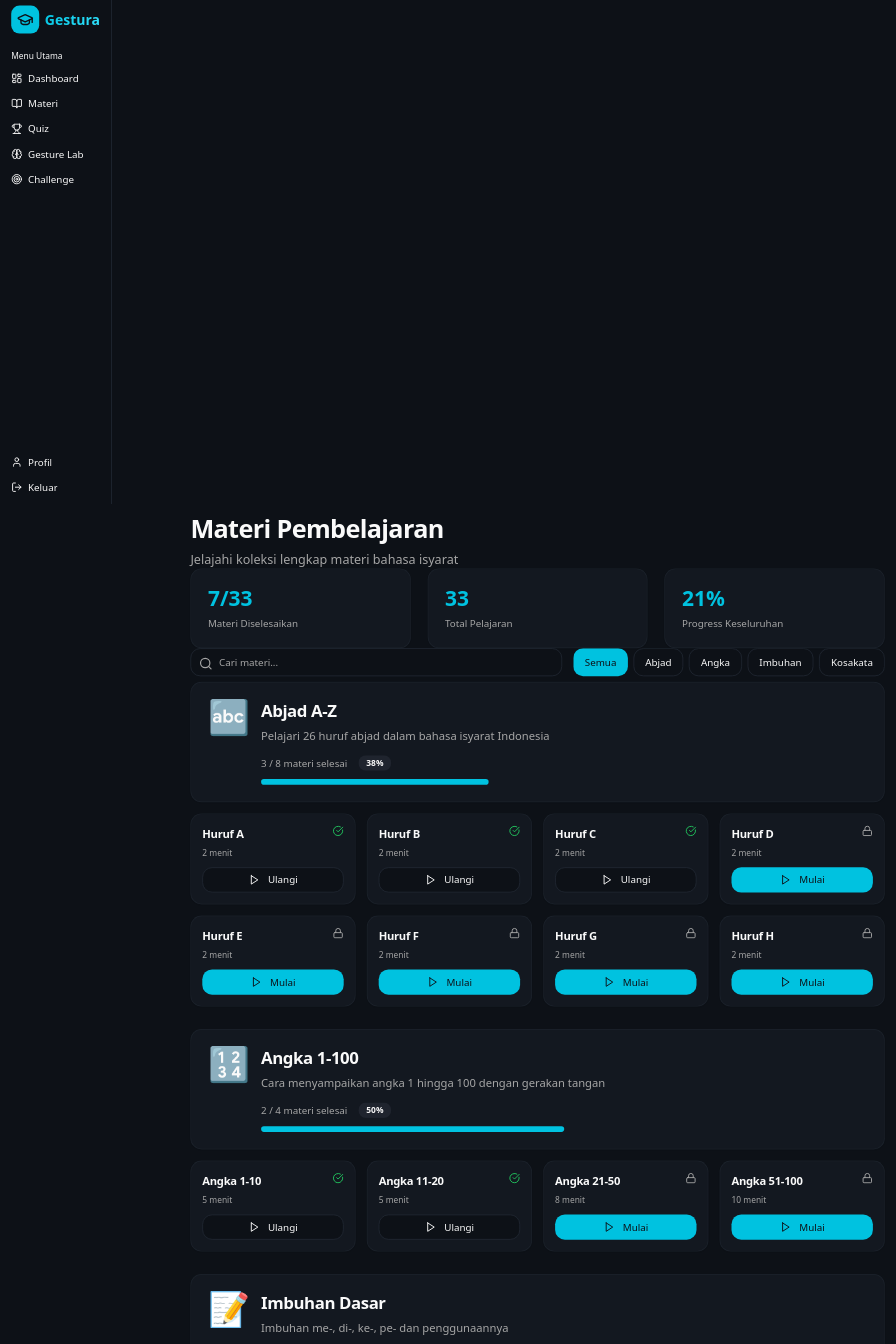
Repository: Tisna7/GESTURA
Page: http://localhost/materi
The author's editor kept a copy of each file at every save. The page is drawn from the files as they stood at one save, then again after the next save.
The browser window is 1280 px wide. The pictures show the part of the page from y = 0 to 1920 px (the page is 3904 px tall before and 3952 px after), at 70% of full size.
The page is served by the project's Laravel application, run on PHP 8.4 with Laravel 12. Other server files are loaded and not shown. Style sheets and scripts are compiled from the project's sources, by tool versions that may differ from the author's.

Above is the page before, as saved 2025-11-23 14:03:43.

### app/Providers/AppServiceProvider.php
<?php

namespace App\Providers;

use Illuminate\Support\ServiceProvider;

class AppServiceProvider extends ServiceProvider
{
    /**
     * Register any application services.
     */
    public function register(): void
    {

    }

    /**
     * Bootstrap any application services.
     */
    public function boot(): void
    {

    }
}

### routes/web.php
<?php

use Illuminate\Support\Facades\Route;
use App\Http\Controllers\AuthController;
use App\Http\Controllers\ProfileController;




Route::get('/', function () {
    return view('landingpage');
});

Route::get('/auth', [AuthController::class, 'showPage'])->name('auth.page');

// Route::post('/register', [AuthController::class, 'register'])->name('register');

// Route::post('/login', [AuthController::class, 'login'])->name('login');
// Route::post('/logout', [AuthController::class, 'logout'])->name('logout');


// REGISTER
Route::post('/register', [AuthController::class, 'register'])->name('auth.register');

// LOGIN
Route::post('/login', [AuthController::class, 'login'])->name('auth.login');

// LOGIN GUEST
Route::get('/login/guest', [AuthController::class, 'loginGuest'])->name('auth.guest');

// LOGOUT
Route::get('/logout', [AuthController::class, 'logout'])->name('auth.logout');




Route::middleware('auth')->group(function () {
    Route::get('/profile', [ProfileController::class, 'index'])->name('profile');
    Route::post('/profile/update', [ProfileController::class, 'updateProfile'])->name('profile.update');
});


Route::get('/materi', function () {
    return view('user.materi');
});
Route::get('/gesturelab', function () {
    return view('user.gesture-lab-practice');
});
Route::get('/gesture-lab-translate', function () {
    return view('user.gesture-lab-translate');
});
Route::get('/materi-isi', function () {
    return view('user.materi-isi');
});
Route::get('/latihan', function () {
    return view('user.quiz');
});
Route::get('/Challenge', function () {
    return view('user.challenge');
});
Route::get('/Challenge-isi', function () {
    return view('user.challenge-isi');
});

### resources/views/components/sidebar-user.blade.php
@php
    use Illuminate\Support\Facades\Auth;
@endphp


<div class="group peer hidden text-sidebar-foreground md:block" data-state="expanded" data-collapsible=""
    data-variant="sidebar" data-side="left">
    <div
        class="relative h-svh w-[--sidebar-width] bg-transparent transition-[width] duration-200 ease-linear group-data-[collapsible=offcanvas]:w-0 group-data-[side=right]:rotate-180 group-data-[collapsible=icon]:w-[--sidebar-width-icon]">
    </div>
    <div
        class="fixed inset-y-0 z-10 hidden h-svh w-[--sidebar-width] transition-[left,right,width] duration-200 ease-linear md:flex left-0 group-data-[collapsible=offcanvas]:left-[calc(var(--sidebar-width)*-1)] group-data-[collapsible=icon]:w-[--sidebar-width-icon] group-data-[side=left]:border-r group-data-[side=right]:border-l">
        <div data-sidebar="sidebar"
            class="flex h-full w-full flex-col bg-sidebar group-data-[variant=floating]:rounded-lg group-data-[variant=floating]:border group-data-[variant=floating]:border-sidebar-border group-data-[variant=floating]:shadow">
            <div data-sidebar="header" class="flex flex-col gap-2 p-2"><a class="flex items-center gap-2 px-2"
                    href="/dashboard">
                    <div class="h-10 w-10 rounded-xl bg-primary flex items-center justify-center"><svg
                            xmlns="http://www.w3.org/2000/svg" width="24" height="24" viewBox="0 0 24 24"
                            fill="none" stroke="currentColor" stroke-width="2" stroke-linecap="round"
                            stroke-linejoin="round"
                            class="lucide lucide-graduation-cap h-6 w-6 text-primary-foreground">
                            <path
                                d="M21.42 10.922a1 1 0 0 0-.019-1.838L12.83 5.18a2 2 0 0 0-1.66 0L2.6 9.08a1 1 0 0 0 0 1.832l8.57 3.908a2 2 0 0 0 1.66 0z">
                            </path>
                            <path d="M22 10v6"></path>
                            <path d="M6 12.5V16a6 3 0 0 0 12 0v-3.5"></path>
                        </svg></div><span class="text-xl font-bold text-gradient">Gestura</span>
                </a></div>
            <div data-sidebar="content"
                class="flex min-h-0 flex-1 flex-col gap-2 overflow-auto group-data-[collapsible=icon]:overflow-hidden">
                <div data-sidebar="group" class="relative flex w-full min-w-0 flex-col p-2">
                    <div data-sidebar="group-label"
                        class="flex h-8 shrink-0 items-center rounded-md px-2 text-xs font-medium text-sidebar-foreground/70 outline-none ring-sidebar-ring transition-[margin,opa] duration-200 ease-linear focus-visible:ring-2 [&amp;&gt;svg]:size-4 [&amp;&gt;svg]:shrink-0 group-data-[collapsible=icon]:-mt-8 group-data-[collapsible=icon]:opacity-0">
                        Menu Utama</div>
                    <div data-sidebar="group-content" class="w-full text-sm">
                        <ul data-sidebar="menu" class="flex w-full min-w-0 flex-col gap-1">
                            <li data-sidebar="menu-item" class="group/menu-item relative"><a data-sidebar="menu-button"
                                    data-size="default" data-active="false" aria-current="page"
                                    class="peer/menu-button flex w-full items-center gap-2 overflow-hidden rounded-md p-2 text-left outline-none ring-sidebar-ring transition-[width,height,padding] focus-visible:ring-2 active:bg-sidebar-accent active:text-sidebar-accent-foreground disabled:pointer-events-none disabled:opacity-50 group-has-[[data-sidebar=menu-action]]/menu-item:pr-8 aria-disabled:pointer-events-none aria-disabled:opacity-50 data-[active=true]:bg-sidebar-accent data-[active=true]:font-medium data-[active=true]:text-sidebar-accent-foreground data-[state=open]:hover:bg-sidebar-accent data-[state=open]:hover:text-sidebar-accent-foreground group-data-[collapsible=icon]:!size-8 group-data-[collapsible=icon]:!p-2 [&amp;&gt;span:last-child]:truncate [&amp;&gt;svg]:size-4 [&amp;&gt;svg]:shrink-0 hover:text-sidebar-accent-foreground h-8 text-sm hover:bg-sidebar-accent bg-sidebar-accent text-sidebar-primary font-medium"
                                    href="/dashboard"><svg xmlns="http://www.w3.org/2000/svg" width="24"
                                        height="24" viewBox="0 0 24 24" fill="none" stroke="currentColor"
                                        stroke-width="2" stroke-linecap="round" stroke-linejoin="round"
                                        class="lucide lucide-layout-dashboard h-4 w-4">
                                        <rect width="7" height="9" x="3" y="3" rx="1"></rect>
                                        <rect width="7" height="5" x="14" y="3" rx="1"></rect>
                                        <rect width="7" height="9" x="14" y="12" rx="1"></rect>
                                        <rect width="7" height="5" x="3" y="16" rx="1"></rect>
                                    </svg><span>Dashboard</span></a></li>
                            <li data-sidebar="menu-item" class="group/menu-item relative"><a data-sidebar="menu-button"
                                    data-size="default" data-active="false"
                                    class="peer/menu-button flex w-full items-center gap-2 overflow-hidden rounded-md p-2 text-left outline-none ring-sidebar-ring transition-[width,height,padding] focus-visible:ring-2 active:bg-sidebar-accent active:text-sidebar-accent-foreground disabled:pointer-events-none disabled:opacity-50 group-has-[[data-sidebar=menu-action]]/menu-item:pr-8 aria-disabled:pointer-events-none aria-disabled:opacity-50 data-[active=true]:bg-sidebar-accent data-[active=true]:font-medium data-[active=true]:text-sidebar-accent-foreground data-[state=open]:hover:bg-sidebar-accent data-[state=open]:hover:text-sidebar-accent-foreground group-data-[collapsible=icon]:!size-8 group-data-[collapsible=icon]:!p-2 [&amp;&gt;span:last-child]:truncate [&amp;&gt;svg]:size-4 [&amp;&gt;svg]:shrink-0 hover:text-sidebar-accent-foreground h-8 text-sm hover:bg-sidebar-accent"
                                    href="/materi"><svg xmlns="http://www.w3.org/2000/svg" width="24" height="24"
                                        viewBox="0 0 24 24" fill="none" stroke="currentColor" stroke-width="2"
                                        stroke-linecap="round" stroke-linejoin="round"
                                        class="lucide lucide-book-open h-4 w-4">
                                        <path d="M12 7v14"></path>
                                        <path
                                            d="M3 18a1 1 0 0 1-1-1V4a1 1 0 0 1 1-1h5a4 4 0 0 1 4 4 4 4 0 0 1 4-4h5a1 1 0 0 1 1 1v13a1 1 0 0 1-1 1h-6a3 3 0 0 0-3 3 3 3 0 0 0-3-3z">
                                        </path>
                                    </svg><span>Materi</span></a></li>
                            <li data-sidebar="menu-item" class="group/menu-item relative"><a data-sidebar="menu-button"
                                    data-size="default" data-active="false"
                                    class="peer/menu-button flex w-full items-center gap-2 overflow-hidden rounded-md p-2 text-left outline-none ring-sidebar-ring transition-[width,height,padding] focus-visible:ring-2 active:bg-sidebar-accent active:text-sidebar-accent-foreground disabled:pointer-events-none disabled:opacity-50 group-has-[[data-sidebar=menu-action]]/menu-item:pr-8 aria-disabled:pointer-events-none aria-disabled:opacity-50 data-[active=true]:bg-sidebar-accent data-[active=true]:font-medium data-[active=true]:text-sidebar-accent-foreground data-[state=open]:hover:bg-sidebar-accent data-[state=open]:hover:text-sidebar-accent-foreground group-data-[collapsible=icon]:!size-8 group-data-[collapsible=icon]:!p-2 [&amp;&gt;span:last-child]:truncate [&amp;&gt;svg]:size-4 [&amp;&gt;svg]:shrink-0 hover:text-sidebar-accent-foreground h-8 text-sm hover:bg-sidebar-accent"
                                    href="/quiz"><svg xmlns="http://www.w3.org/2000/svg" width="24" height="24"
                                        viewBox="0 0 24 24" fill="none" stroke="currentColor" stroke-width="2"
                                        stroke-linecap="round" stroke-linejoin="round"
                                        class="lucide lucide-trophy h-4 w-4">
                                        <path d="M6 9H4.5a2.5 2.5 0 0 1 0-5H6"></path>
                                        <path d="M18 9h1.5a2.5 2.5 0 0 0 0-5H18"></path>
                                        <path d="M4 22h16"></path>
                                        <path d="M10 14.66V17c0 .55-.47.98-.97 1.21C7.85 18.75 7 20.24 7 22"></path>
                                        <path d="M14 14.66V17c0 .55.47.98.97 1.21C16.15 18.75 17 20.24 17 22"></path>
                                        <path d="M18 2H6v7a6 6 0 0 0 12 0V2Z"></path>
                                    </svg><span>Quiz</span></a></li>
                            <li data-sidebar="menu-item" class="group/menu-item relative"><a
                                    data-sidebar="menu-button" data-size="default" data-active="false"
                                    class="peer/menu-button flex w-full items-center gap-2 overflow-hidden rounded-md p-2 text-left outline-none ring-sidebar-ring transition-[width,height,padding] focus-visible:ring-2 active:bg-sidebar-accent active:text-sidebar-accent-foreground disabled:pointer-events-none disabled:opacity-50 group-has-[[data-sidebar=menu-action]]/menu-item:pr-8 aria-disabled:pointer-events-none aria-disabled:opacity-50 data-[active=true]:bg-sidebar-accent data-[active=true]:font-medium data-[active=true]:text-sidebar-accent-foreground data-[state=open]:hover:bg-sidebar-accent data-[state=open]:hover:text-sidebar-accent-foreground group-data-[collapsible=icon]:!size-8 group-data-[collapsible=icon]:!p-2 [&amp;&gt;span:last-child]:truncate [&amp;&gt;svg]:size-4 [&amp;&gt;svg]:shrink-0 hover:text-sidebar-accent-foreground h-8 text-sm hover:bg-sidebar-accent"
                                    href="/gesture-lab"><svg xmlns="http://www.w3.org/2000/svg" width="24"
                                        height="24" viewBox="0 0 24 24" fill="none" stroke="currentColor"
                                        stroke-width="2" stroke-linecap="round" stroke-linejoin="round"
                                        class="lucide lucide-brain h-4 w-4">
                                        <path
                                            d="M12 5a3 3 0 1 0-5.997.125 4 4 0 0 0-2.526 5.77 4 4 0 0 0 .556 6.588A4 4 0 1 0 12 18Z">
                                        </path>
                                        <path
                                            d="M12 5a3 3 0 1 1 5.997.125 4 4 0 0 1 2.526 5.77 4 4 0 0 1-.556 6.588A4 4 0 1 1 12 18Z">
                                        </path>
                                        <path d="M15 13a4.5 4.5 0 0 1-3-4 4.5 4.5 0 0 1-3 4"></path>
                                        <path d="M17.599 6.5a3 3 0 0 0 .399-1.375"></path>
                                        <path d="M6.003 5.125A3 3 0 0 0 6.401 6.5"></path>
                                        <path d="M3.477 10.896a4 4 0 0 1 .585-.396"></path>
                                        <path d="M19.938 10.5a4 4 0 0 1 .585.396"></path>
                                        <path d="M6 18a4 4 0 0 1-1.967-.516"></path>
                                        <path d="M19.967 17.484A4 4 0 0 1 18 18"></path>
                                    </svg><span>Gesture Lab</span></a></li>
                            <li data-sidebar="menu-item" class="group/menu-item relative"><a
                                    data-sidebar="menu-button" data-size="default" data-active="false"
                                    class="peer/menu-button flex w-full items-center gap-2 overflow-hidden rounded-md p-2 text-left outline-none ring-sidebar-ring transition-[width,height,padding] focus-visible:ring-2 active:bg-sidebar-accent active:text-sidebar-accent-foreground disabled:pointer-events-none disabled:opacity-50 group-has-[[data-sidebar=menu-action]]/menu-item:pr-8 aria-disabled:pointer-events-none aria-disabled:opacity-50 data-[active=true]:bg-sidebar-accent data-[active=true]:font-medium data-[active=true]:text-sidebar-accent-foreground data-[state=open]:hover:bg-sidebar-accent data-[state=open]:hover:text-sidebar-accent-foreground group-data-[collapsible=icon]:!size-8 group-data-[collapsible=icon]:!p-2 [&amp;&gt;span:last-child]:truncate [&amp;&gt;svg]:size-4 [&amp;&gt;svg]:shrink-0 hover:text-sidebar-accent-foreground h-8 text-sm hover:bg-sidebar-accent"
                                    href="/challenge"><svg xmlns="http://www.w3.org/2000/svg" width="24"
                                        height="24" viewBox="0 0 24 24" fill="none" stroke="currentColor"
                                        stroke-width="2" stroke-linecap="round" stroke-linejoin="round"
                                        class="lucide lucide-target h-4 w-4">
                                        <circle cx="12" cy="12" r="10"></circle>
                                        <circle cx="12" cy="12" r="6"></circle>
                                        <circle cx="12" cy="12" r="2"></circle>
                                    </svg><span>Challenge</span></a></li>
                        </ul>
                    </div>
                </div>
            </div>
            <div data-sidebar="footer" class="flex flex-col gap-2 p-2">
                <ul data-sidebar="menu" class="flex w-full min-w-0 flex-col gap-1">
                    <li data-sidebar="menu-item" class="group/menu-item relative"><a data-sidebar="menu-button"
                            data-size="default" data-active="false"
                            class="peer/menu-button flex w-full items-center gap-2 overflow-hidden rounded-md p-2 text-left outline-none ring-sidebar-ring transition-[width,height,padding] focus-visible:ring-2 active:bg-sidebar-accent active:text-sidebar-accent-foreground disabled:pointer-events-none disabled:opacity-50 group-has-[[data-sidebar=menu-action]]/menu-item:pr-8 aria-disabled:pointer-events-none aria-disabled:opacity-50 data-[active=true]:bg-sidebar-accent data-[active=true]:font-medium data-[active=true]:text-sidebar-accent-foreground data-[state=open]:hover:bg-sidebar-accent data-[state=open]:hover:text-sidebar-accent-foreground group-data-[collapsible=icon]:!size-8 group-data-[collapsible=icon]:!p-2 [&amp;&gt;span:last-child]:truncate [&amp;&gt;svg]:size-4 [&amp;&gt;svg]:shrink-0 hover:text-sidebar-accent-foreground h-8 text-sm hover:bg-sidebar-accent"
                            href="/profile"><svg xmlns="http://www.w3.org/2000/svg" width="24" height="24"
                                viewBox="0 0 24 24" fill="none" stroke="currentColor" stroke-width="2"
                                stroke-linecap="round" stroke-linejoin="round" class="lucide lucide-user h-4 w-4">
                                <path d="M19 21v-2a4 4 0 0 0-4-4H9a4 4 0 0 0-4 4v2"></path>
                                <circle cx="12" cy="7" r="4"></circle>
                            </svg><span>Profil</span></a></li>
                    <li data-sidebar="menu-item" class="group/menu-item relative"><a data-sidebar="menu-button"
                            data-size="default" data-active="false"
                            class="peer/menu-button flex w-full items-center gap-2 overflow-hidden rounded-md p-2 text-left outline-none ring-sidebar-ring transition-[width,height,padding] focus-visible:ring-2 active:bg-sidebar-accent active:text-sidebar-accent-foreground disabled:pointer-events-none disabled:opacity-50 group-has-[[data-sidebar=menu-action]]/menu-item:pr-8 aria-disabled:pointer-events-none aria-disabled:opacity-50 data-[active=true]:bg-sidebar-accent data-[active=true]:font-medium data-[active=true]:text-sidebar-accent-foreground data-[state=open]:hover:bg-sidebar-accent data-[state=open]:hover:text-sidebar-accent-foreground group-data-[collapsible=icon]:!size-8 group-data-[collapsible=icon]:!p-2 [&amp;&gt;span:last-child]:truncate [&amp;&gt;svg]:size-4 [&amp;&gt;svg]:shrink-0 hover:bg-sidebar-accent hover:text-sidebar-accent-foreground h-8 text-sm"
                            href="/"><svg xmlns="http://www.w3.org/2000/svg" width="24" height="24"
                                viewBox="0 0 24 24" fill="none" stroke="currentColor" stroke-width="2"
                                stroke-linecap="round" stroke-linejoin="round" class="lucide lucide-log-out h-4 w-4">
                                <path d="M9 21H5a2 2 0 0 1-2-2V5a2 2 0 0 1 2-2h4"></path>
                                <polyline points="16 17 21 12 16 7"></polyline>
                                <line x1="21" x2="9" y1="12" y2="12"></line>
                            </svg><span>Keluar</span></a></li>
                </ul>
            </div>
        </div>
    </div>
</div>

### resources/views/app.blade.php
<!DOCTYPE html>
<html lang="id">
<head>
  <meta charset="UTF-8">
  <meta name="viewport" content="width=device-width, initial-scale=1.0">
  <meta name="csrf-token" content="{{ csrf_token() }}">
  <link rel="icon" type="image/png" href="{{ asset('images/logo.png') }}">
  <title>@yield('title', 'GESTURA')</title>

  <!-- Tailwind CSS -->
  {{-- @vite('public/build/app-Lz3KVd0D.css') --}}
  {{-- <!-- @vite('resources/css/app.css') --> --}}
   {{-- <!-- @vite('public/build/assets/app-TBPMHXQo.css') --> --}}

  @vite(['resources/css/app.css', 'resources/css/theme.css'])

  <script defer src="https://cdn.jsdelivr.net/npm/alpinejs@3.x.x/dist/cdn.min.js"></script>

</head>
<body>
  @yield('content')
</body>
</html>

### resources/css/app.css
@import 'tailwindcss';
@import "./theme.css";

@source '../../vendor/laravel/framework/src/Illuminate/Pagination/resources/views/*.blade.php';
@source '../../storage/framework/views/*.php';
@source '../**/*.blade.php';
@source '../**/*.js';

@theme {
    --font-sans: 'Instrument Sans', ui-sans-serif, system-ui, sans-serif, 'Apple Color Emoji', 'Segoe UI Emoji',
        'Segoe UI Symbol', 'Noto Color Emoji';

    --color-background: #ffabcc;
}

Loaded but not shown: resources/css/theme.css (library); resources/views/user/materi.blade.php (918 lines, source omitted)

After the next save:
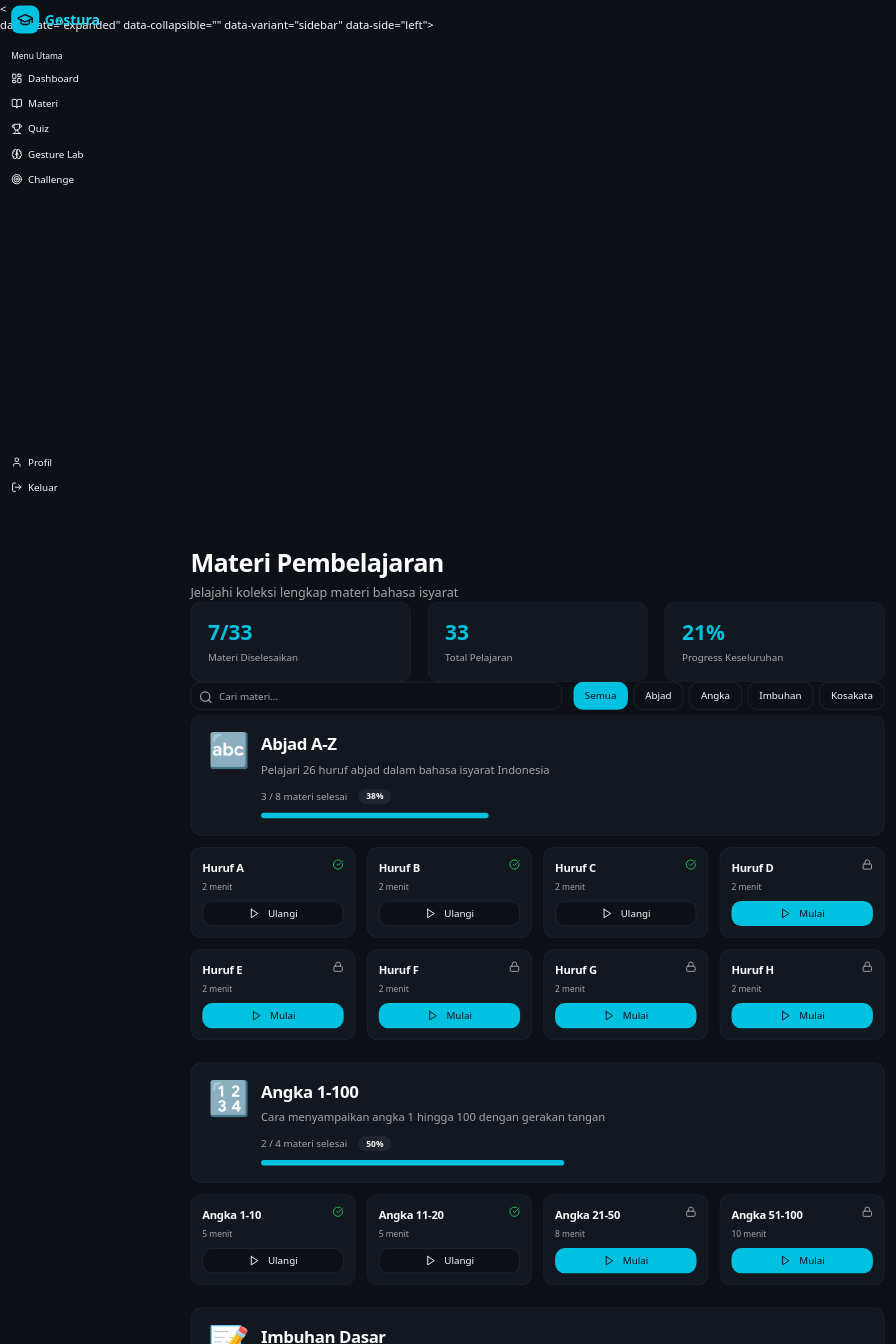
Saved 2 min 31 s later.
--- a/resources/views/components/sidebar-user.blade.php
+++ b/resources/views/components/sidebar-user.blade.php
@@ -3,7 +3,8 @@
 @endphp
 
 
-<div class="group peer hidden text-sidebar-foreground md:block" data-state="expanded" data-collapsible=""
+<<div class="group peer hidden text-sidebar-foreground md:block"
+     style="--sidebar-width: 16rem;"> data-state="expanded" data-collapsible=""
     data-variant="sidebar" data-side="left">
     <div
         class="relative h-svh w-[--sidebar-width] bg-transparent transition-[width] duration-200 ease-linear group-data-[collapsible=offcanvas]:w-0 group-data-[side=right]:rotate-180 group-data-[collapsible=icon]:w-[--sidebar-width-icon]">
